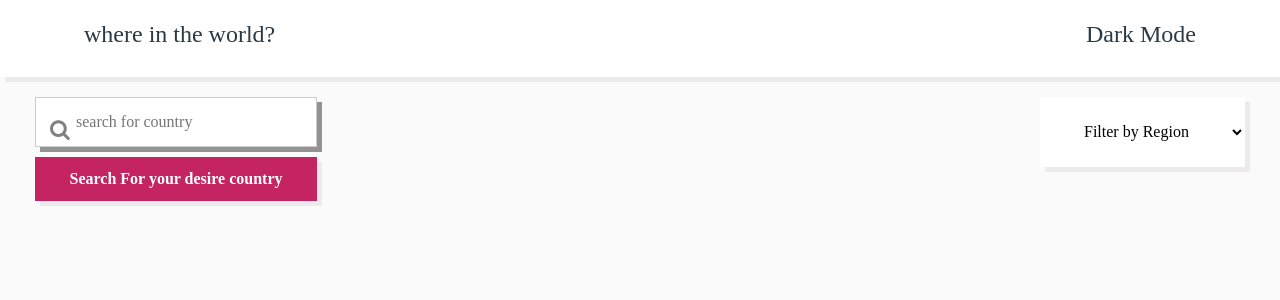
Repository: lamilekan263/countries
Page: /
An editor plug-in stored every save of this project. The page is shown before and after the next save, followed by the edit.
The browser window is 1280 px wide. The pictures show the whole page.
The page's requests for data from a server got no answer. The project was rebuilt for these pictures with package versions that can differ from the ones it lists, and the page was loaded fresh each time. No one was signed in, and anything a server would have sent is missing. Also part of the build but not shown: src/components/country/country.css, src/components/country/country.jsx, src/components/selectCountryRegion/selectCountryRegion.styles.css, src/components/selectCountryRegion/selectCountryRegion.component.jsx.

Above is the page before, as saved 2020-07-30 16:46:16.

After the next save:
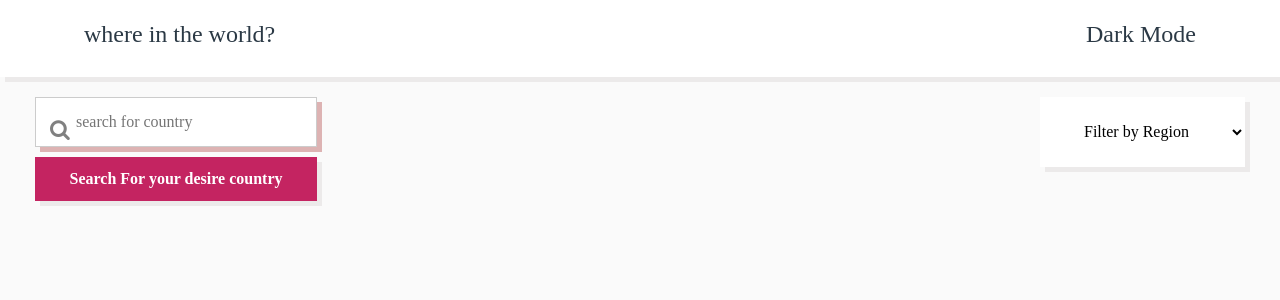
Saved 11 s later.
--- a/src/components/input.component/input.styles.css
+++ b/src/components/input.component/input.styles.css
@@ -1,7 +1,7 @@
 input{
     width:100%;
     border:none;
-    box-shadow:5px 5px rgb(148, 147, 147);
+    box-shadow:5px 5px rgb(221, 179, 179);
     padding: 12px 40px;
     display: inline-block;
     border: 1px solid #ccc;
